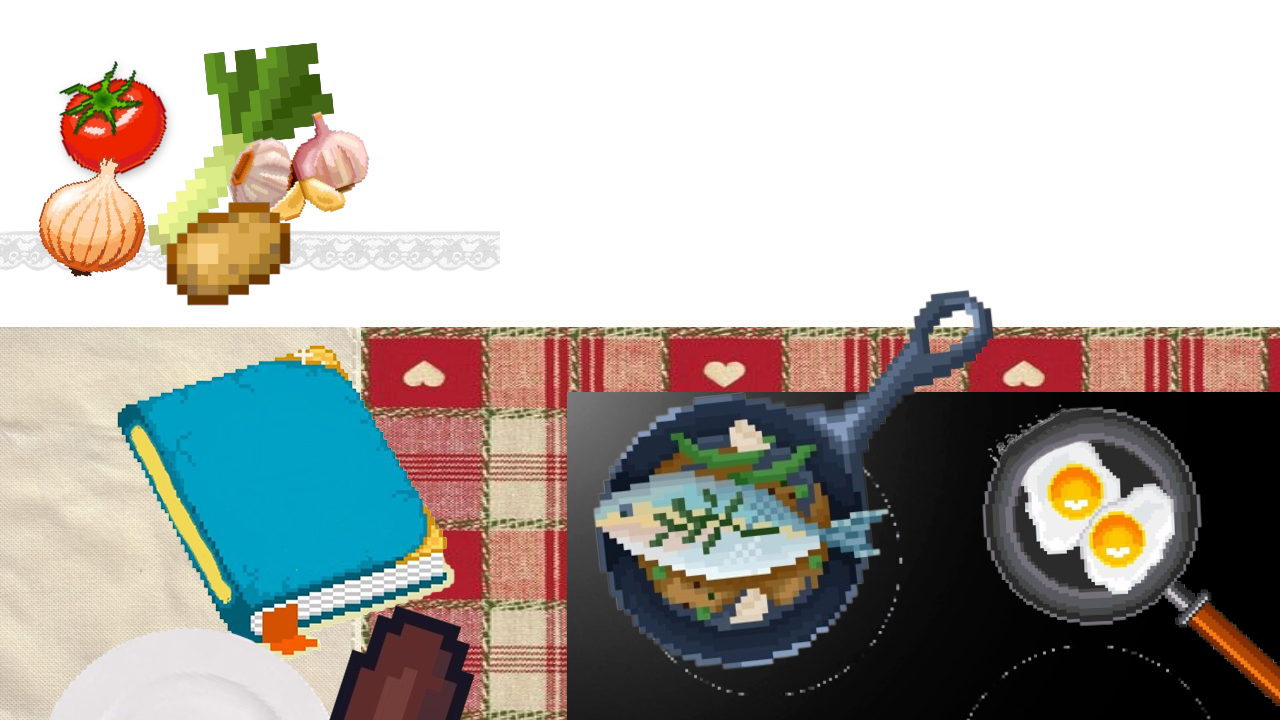
Repository: AJamdonuts/ToddyTalks
Page: playingaround2/pages/chefsujin.html
An editor plug-in stored every save of this project. The page is shown before and after the next save, followed by the edit.
The browser window is 1280 px wide. The pictures show the whole page.

Above is the page before, as saved 2025-11-26 19:02:29.

After the next save:
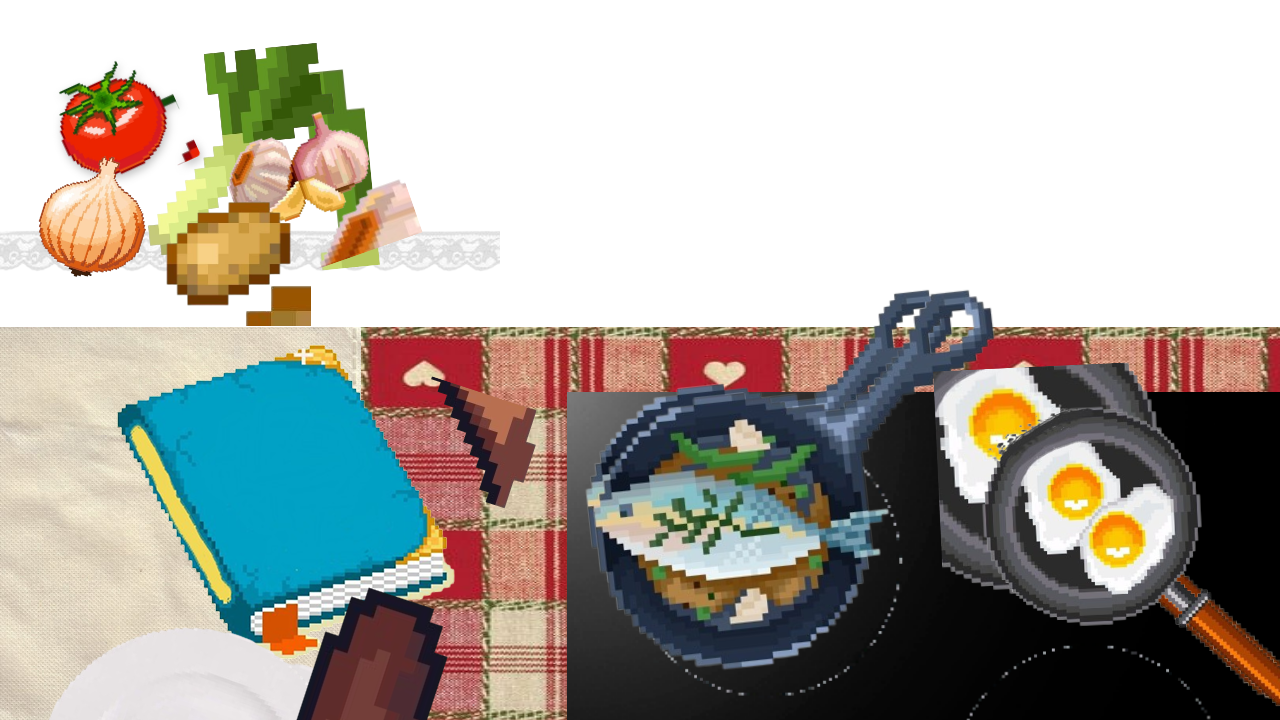
Saved 11 min 50 s later.
--- a/playingaround2/styles/chefsujin.css
+++ b/playingaround2/styles/chefsujin.css
@@ -6,6 +6,7 @@
     height: 133.75px;
     left: 45.02px;
     top: 55.06px;
+    background: url(tomato-removebg-preview.png);
     filter: drop-shadow(0px 4px 4px rgba(0, 0, 0, 0.25));
     border-radius: 4px;
     transform: rotate(-24.58deg);
@@ -17,6 +18,7 @@
     height: 165px;
     left: 146px;
     top: 161px;
+    background: url(d95fa1e62c663504736614e026fc4862-removebg-preview.png);
 }
 
 .leek {
@@ -25,6 +27,7 @@
     height: 257.96px;
     left: 109.95px;
     top: 20px;
+    background: url(leek-removebg-preview.png);
     transform: rotate(-5.62deg);
 }
 
@@ -34,6 +37,7 @@
     height: 194.8px;
     left: 200.62px;
     top: 74.87px;
+    background: url(garlic-removebg-preview.png);
     transform: rotate(-19.27deg);
 }
 
@@ -43,8 +47,9 @@
     height: 144.28px;
     left: 32px;
     top: 145.3px;
+    background: url(onion-removebg-preview.png);
     transform: rotate(17.63deg);
-}
+    }
 
 .recipebook {
     position: absolute;
@@ -60,6 +65,7 @@
     height: 332.75px;
     left: 22px;
     top: 616px;
+    background: url(pxArt-removebg-preview.png);
     transform: rotate(19.64deg);
 }
 
@@ -67,18 +73,20 @@
     position: absolute;
     width: 448.49px;
     height: 883.17px;
-    left: 159px;
-    top: 392px;
+    left: 132px;
+    top: 374px;
+    background: url(IMG_0236_2-removebg-preview.png);
     transform: matrix(0.95, 0.31, 0.31, -0.95, 0, 0);
 }
 
 .beararm2 {
     position: absolute;
-    width: 527.75px;
-    height: 527.75px;
-    left: 1160px;
-    top: 496.98px;
-    transform: rotate(90.11deg);
+    width: 348.8px;
+    height: 764.5px;
+    left: 1062px;
+    top: 623px;
+    background: url(IMG_0236-removebg-preview.png);
+    transform: matrix(0.99, -0.13, -0.13, -0.99, 0, 0);
 }
 
 .fishpan {
@@ -87,6 +95,7 @@
     height: 546.95px;
     left: 532px;
     top: 257px;
+    background: url(fishpan.png);
     transform: rotate(-6.22deg);
 }
 
@@ -96,6 +105,7 @@
     height: 396px;
     left: 942.44px;
     top: 362.44px;
+    background: url(pixil-frame-0-removebg-preview.png);
     transform: rotate(177.33deg);
 }
 
@@ -105,15 +115,17 @@
     height: 310px;
     left: 580.54px;
     top: 703.1px;
+    background: url(pxArt-2-removebg-preview.png);
     transform: rotate(81.24deg);
 }
 
 .hob {
-    position: absolute;
-    width: 716px;
-    height: 632px;
-    left: 567px;
-    top: 392px;
+position: absolute;
+width: 716px;
+height: 632px;
+left: 567px;
+top: 392px;
+background: url(pxArt-2.png);
 }
 
 .creamtexture {
@@ -122,6 +134,7 @@
     height: 724px;
     left: -115px;
     top: 327px;
+    background: url(b41e50d46e26e9463ce130b2da7a46aa.jpg);
 }
 
 .checktablecloth {
